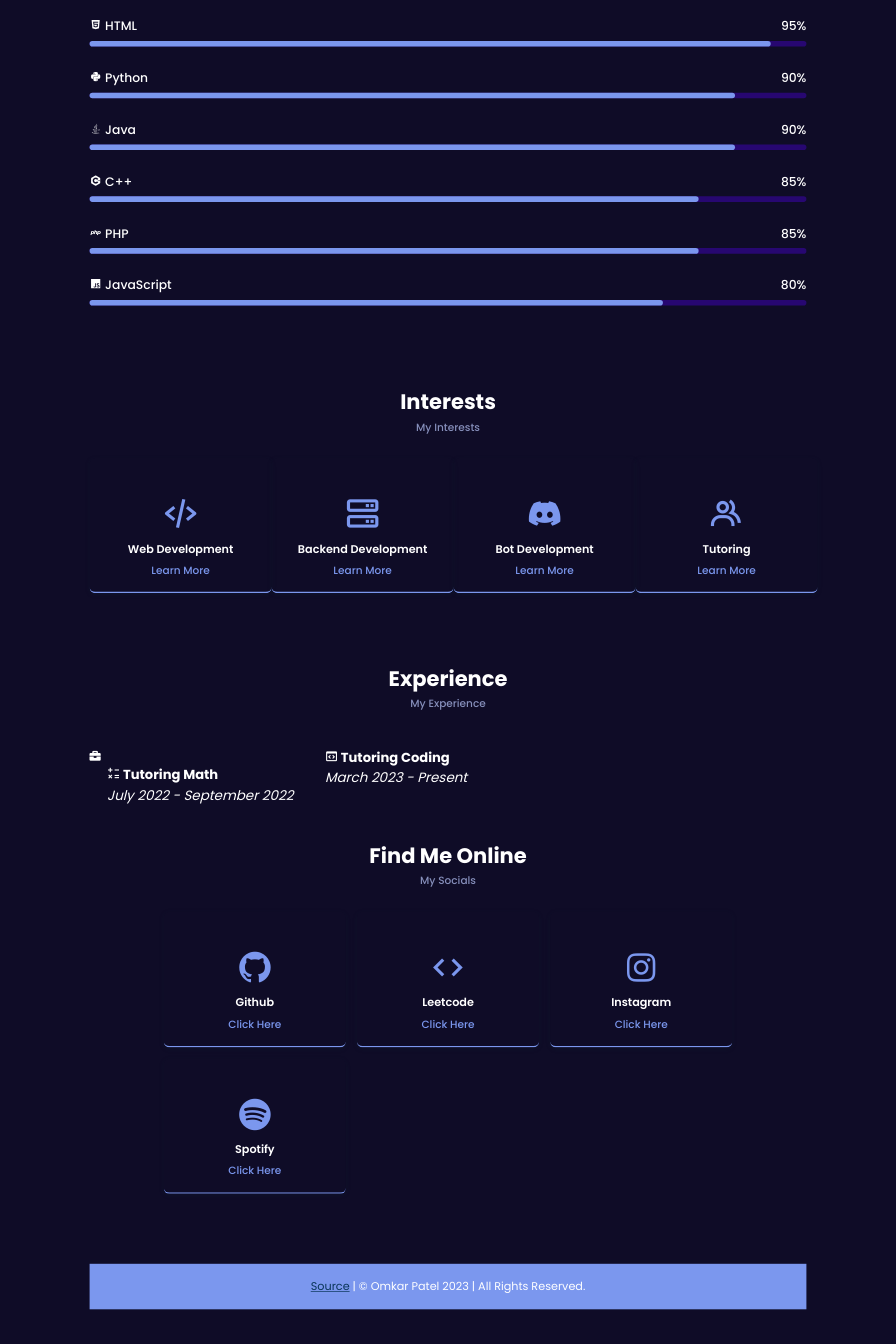
Repository: omkarxpatel/Omkar-Portfolio
Page: src/index.html
These files come from the project's save history. The page is drawn as it stood at one moment and after the next save; the edit follows.
The browser window is 1280 px wide. The pictures show the part of the page from y = 1519 to 3439 px (the page is 3439 px tall before and 3428 px after), at 70% of full size.
A picture or video elsewhere on the page could not be fetched, so the positions and the page height are approximate.

Above is the page before, as saved 2023-03-26 13:18:00.

After the next save:
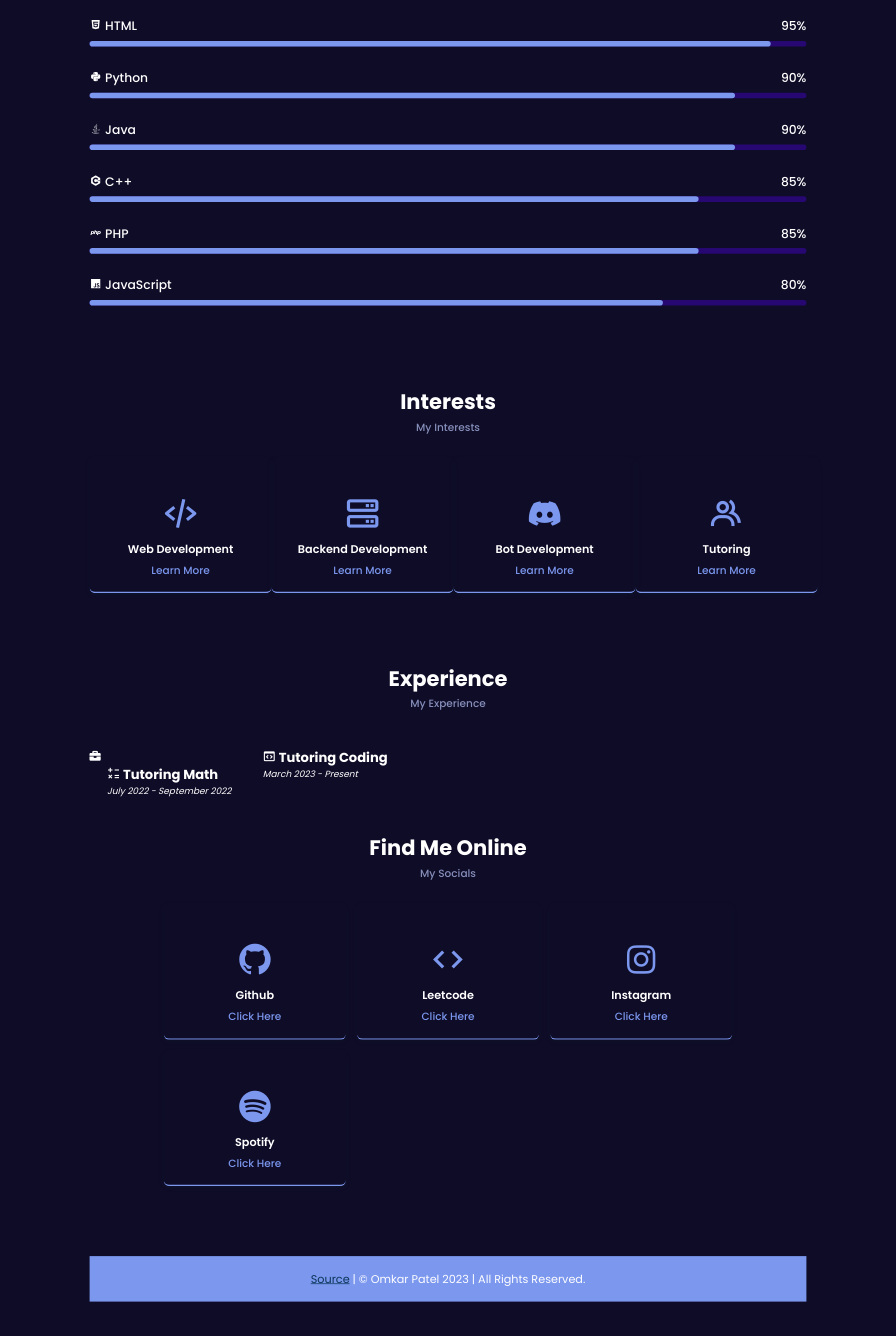
Saved 8 s later.
--- a/src/style.css
+++ b/src/style.css
@@ -619,7 +619,7 @@ form textarea {
 }
 */
 .timeline-date {
-  font-size: 1.2rem;
+  font-size: .8rem;
   font-style: italic;
 }
 
